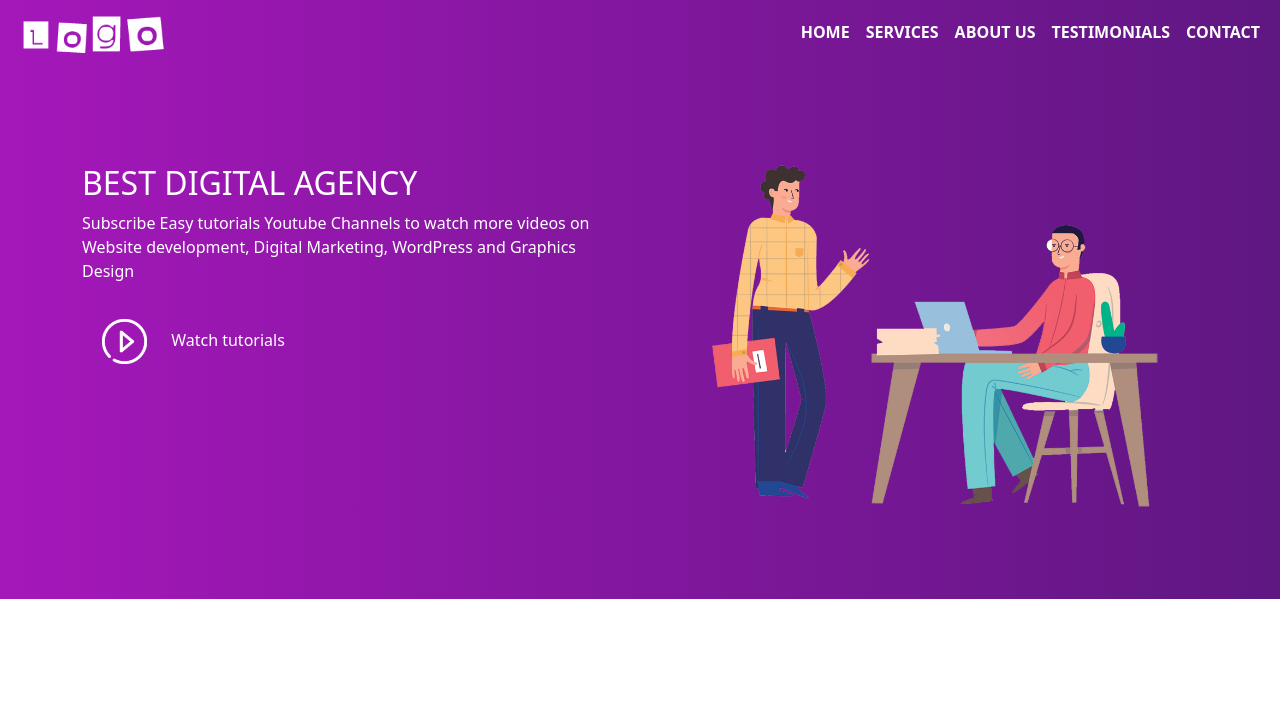
Repository: wadelfadill/Bootstrap_tache_2_website_design
Page: index.html
These files come from the project's save history. The page is drawn as it stood at one moment and after the next save; the edit follows.
The browser window is 1280 px wide. The pictures show the whole page.
Some web libraries are served in a nearby version.

Above is the page before, as saved 2023-04-05 16:12:03.

### index.html
<!DOCTYPE html>
<html lang="en">
<head>
    <meta charset="UTF-8">
    <meta http-equiv="X-UA-Compatible" content="IE=edge">
    <meta name="viewport" content="width=device-width, initial-scale=1.0">
    <!-- bootstrap css link -->
    <link href="https://cdn.jsdelivr.net/npm/bootstrap@5.1.3/dist/css/bootstrap.min.css" rel="stylesheet" integrity="sha384-1BmE4kWBq78iYhFldvKuhfTAU6auU8tT94WrHftjDbrCEXSU1oBoqyl2QvZ6jIW3" crossorigin="anonymous">
    <!-- css sheet link -->
    <link rel="stylesheet" href="style.css">
    <!-- fontawsome link -->
    <link rel="stylesheet" href="https://cdn.jsdelivr.net/npm/@fortawesome/fontawesome-free@6.2.1/css/fontawesome.min.css">
    <title>bootstrap_website_design</title>
    <script src="https://kit.fontawesome.com/8f130c8a35.js" crossorigin="anonymous"></script>
</head>
<body>
    <section id="nav-bar" class="sticky-top t-0">
        <nav class="navbar navbar-expand-lg navbar-light p-0">
            <div class="container-fluid">
              <a class="navbar-brand" href="#"><img src="images/demo-logo.png" alt="" class="w-75 h-50 p-2"></a>
              <button class="navbar-toggler" type="button" data-bs-toggle="collapse" data-bs-target="#navbarSupportedContent" aria-controls="navbarSupportedContent" aria-expanded="false" aria-label="Toggle navigation">
                <span><i class="fa-solid fa-bars fs-1" style="color: #ffffff;"></i></span>
              </button>
              <div class="collapse navbar-collapse justify-content-end" id="navbarSupportedContent">
                <ul class="navbar-nav ms-auto mb-2 mb-lg-0 ">
                  <li class="nav-item pt-0 pb-1 fw-bold">
                    <a class="nav-link active text-white float-end text-start" aria-current="page" href="#">HOME</a>
                  </li>
                  <li class="nav-item pt-0 pb-1 fw-bold">
                    <a class="nav-link text-white float-end text-start" href="#">SERVICES</a>
                  </li>
                  <li class="nav-item pt-0 pb-1 fw-bold">
                    <a class="nav-link text-white float-end text-start" href="#">ABOUT US</a>
                  </li>
                  <li class="nav-item pt-0 pb-1 fw-bold">
                    <a class="nav-link text-white float-end text-start" href="#">TESTIMONIALS</a>
                  </li>
                  <li class="nav-item pt-0 pb-1 fw-bold">
                    <a class="nav-link text-white float-end text-start" href="#">CONTACT</a>
                  </li>
                </ul>
              </div>
            </div>
          </nav>
    </section>
     <!--banner section  -->
     <section id="banner" class="text-white pt-5">
      <div class="container">
        <div class="row">
          <div class="col-md-6">
            <p class="h2 mt-5">BEST DIGITAL AGENCY</p>
            <p>
              Subscribe Easy tutorials Youtube Channels to watch more videos on
              Website development, Digital Marketing, WordPress and Graphics Design
            </p>
            <a href="" class="tuto text-white text-decoration-none"><img src="images/play.png" alt="" class="play-btn"> Watch tutorials</a>
          </div>
          <div class="col-md-6 text-center">
            <img src="images/home2.png" alt="" class="img-fluid">
          </div>
        </div>
      </div>
     </section>

        <!-- bootstrap js link -->
    <script src="https://cdn.jsdelivr.net/npm/bootstrap@5.1.3/dist/js/bootstrap.bundle.min.js" integrity="sha384-ka7Sk0Gln4gmtz2MlQnikT1wXgYsOg+OMhuP+IlRH9sENBO0LRn5q+8nbTov4+1p" crossorigin="anonymous"></script>
</body>
</html>

### style.css
*{
    margin: 0;
    padding: 0;
}
.navbar{
    background-image: linear-gradient(to right, #a517ba, #5f1782);
}
.navbar-toggler{
    outline: none !important;
}
/* Banner section */
#banner{
    background-image: linear-gradient(to right, #a517ba, #5f1782);


}
.play-btn{
    width: 45px;
    margin: 20px;
}

After the next save:
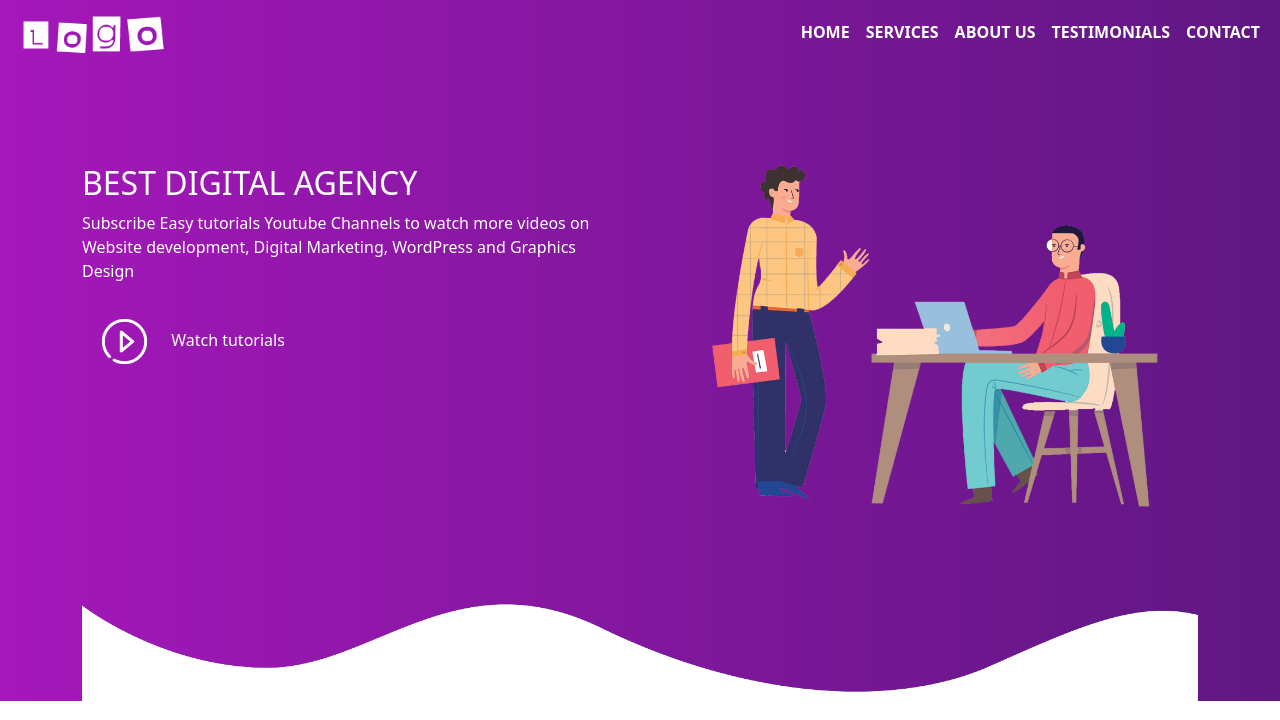
Saved 109 s later.
--- a/index.html
+++ b/index.html
@@ -59,6 +59,7 @@
             <img src="images/home2.png" alt="" class="img-fluid">
           </div>
         </div>
+        <img src="images/wave1.png" alt="" class="w-100">
       </div>
      </section>
 

After the save that followed:
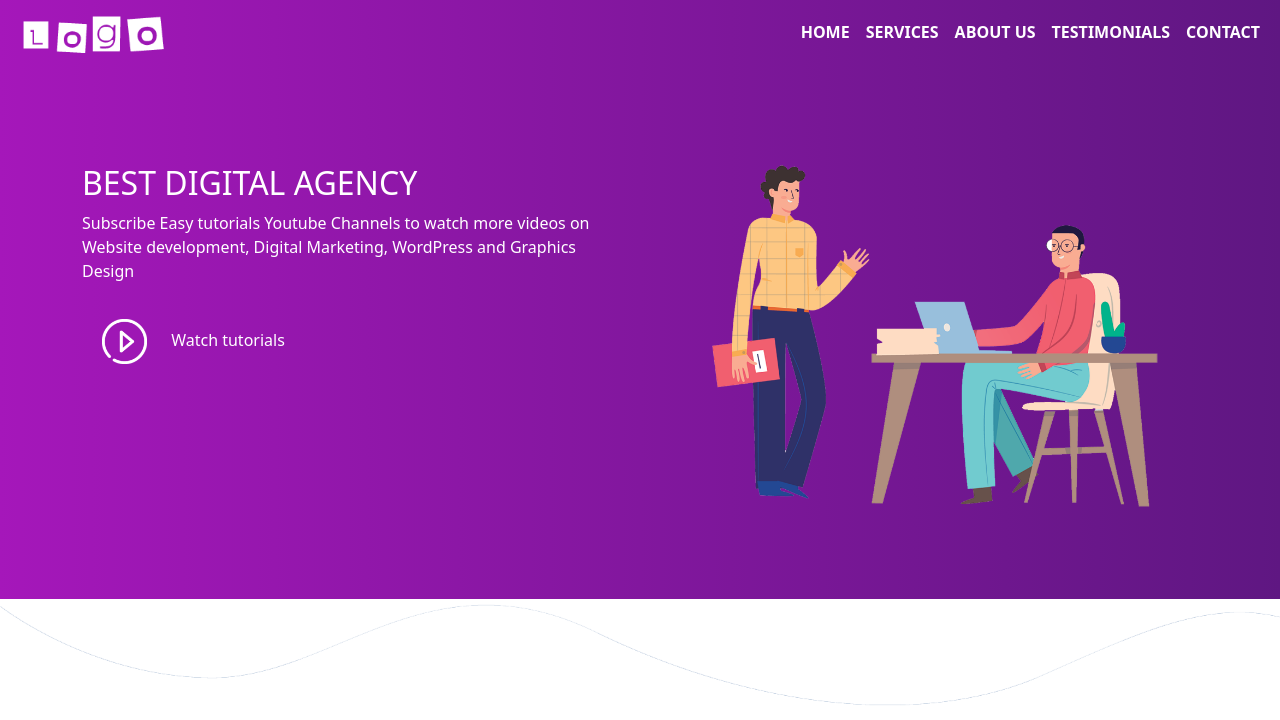
Saved 44 s later.
--- a/index.html
+++ b/index.html
@@ -59,9 +59,10 @@
             <img src="images/home2.png" alt="" class="img-fluid">
           </div>
         </div>
-        <img src="images/wave1.png" alt="" class="w-100">
       </div>
      </section>
+     <img src="images/wave1.png" alt="" class="w-100">
+
 
         <!-- bootstrap js link -->
     <script src="https://cdn.jsdelivr.net/npm/bootstrap@5.1.3/dist/js/bootstrap.bundle.min.js" integrity="sha384-ka7Sk0Gln4gmtz2MlQnikT1wXgYsOg+OMhuP+IlRH9sENBO0LRn5q+8nbTov4+1p" crossorigin="anonymous"></script>
